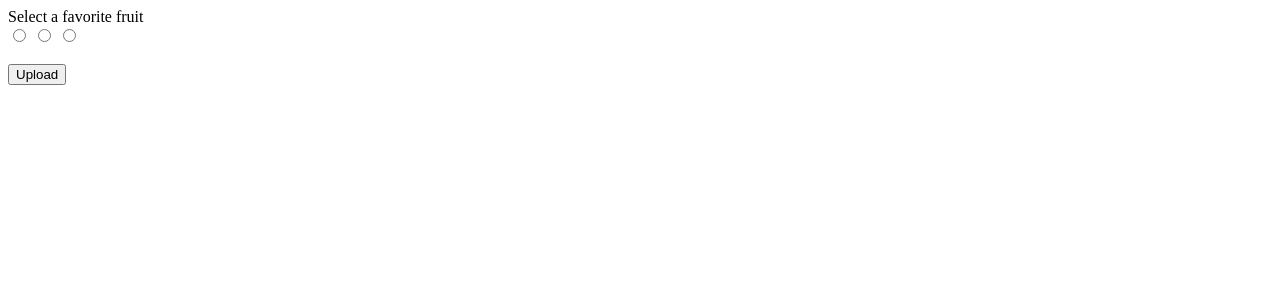
Repository: CreatorDodo/Servlet
Page: HelloWorld/WebContent/radio.html
These files come from the project's save history. The page is drawn as it stood at one moment and after the next save; the edit follows.
The browser window is 1280 px wide. The pictures show the whole page.

Above is the page before, as saved 2023-01-12 07:35:09.

After the next save:
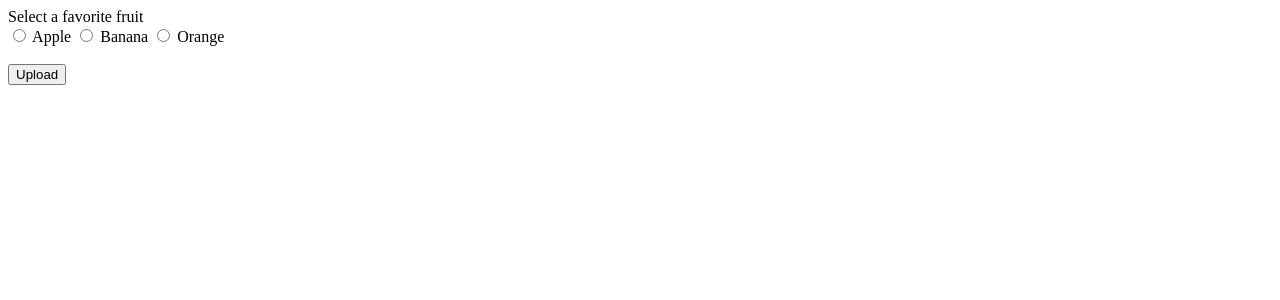
Saved 24 s later.
--- a/HelloWorld/WebContent/radio.html
+++ b/HelloWorld/WebContent/radio.html
@@ -7,9 +7,9 @@
 <body>
 <form action="TextareaServlet">
 Select a favorite fruit <br>
-<input type="radio" name="fruit" value="Apple">
-<input type="radio" name="fruit">
-<input type="radio" name="fruit">
+<input type="radio" name="fruit"> Apple
+<input type="radio" name="fruit"> Banana
+<input type="radio" name="fruit"> Orange
 <br><br>
 <input type="submit" value="Upload">
 </form>
